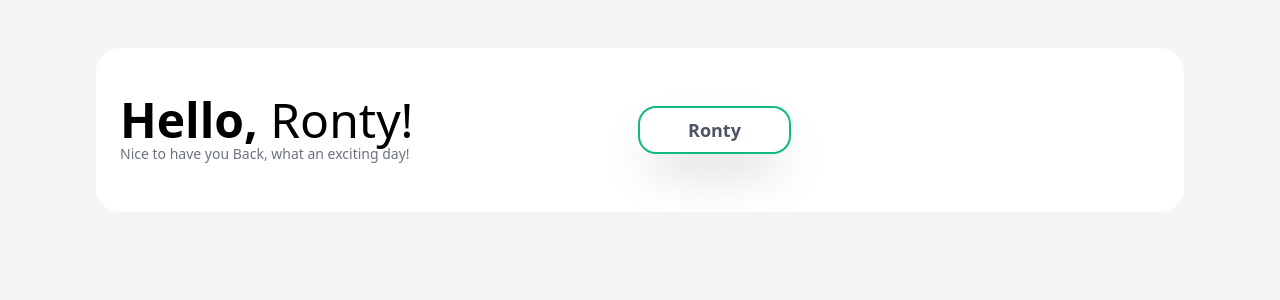
Repository: coolronts/Vite-Tailwind
Page: /
The author's editor kept a copy of each file at every save. The page is drawn from the files as they stood at one save, then again after the next save.
The browser window is 1280 px wide. The pictures show the whole page.
The project was rebuilt for these pictures with package versions that can differ from the ones it lists, and the page was loaded fresh each time. Also part of the build but not shown: vite.config.js, src/components/Card/index.jsx.

Above is the page before, as saved 2021-11-26 07:10:35.

### src/App.jsx
import './App.css'

import { PrimaryButton, SecondaryButton } from './components/Button'

import {PrimaryCard} from './components/Card'
import SplitScreen from './components/SplitScreen'
import { useState } from 'react'

function App() {

  return (
    <div className="App bg-white my-12 mx-24 rounded-3xl px-6 py-12">
      <SplitScreen>
        <div id="left">
          <div>
            <h3 className="text-5xl font-sans font-bold">Hello, <span className="font-light">Ronty!</span> </h3>
            <h5 className="text-sm text-gray-500">Nice to have you Back, what an exciting day!</h5>
          </div>

        </div>

        <div id="right">
          <SecondaryButton name="Ronty"/>
        </div>


      </SplitScreen>
    </div>
  )
}

export default App

### src/components/Button/index.jsx
import React from 'react'

export const PrimaryButton = ({name}) =>{
  return (
    <button className="bg-green-500 px-12 py-2 ring-2 ring-green-500 text-white text-lg font-semibold shadow-2xl rounded-2xl mt-3">
      {name}
    </button>
  )
}

export const SecondaryButton = ({name}) =>{
  return (
    <button className="bg-white px-12 py-2 ring-2 ring-green-500 text-gray-600 text-lg font-semibold shadow-2xl rounded-2xl mt-3">
      {name}
    </button>
  )
}

### src/components/SplitScreen/index.jsx
import PropTypes from 'prop-types'
import React from "react"
import tw from "tailwind-styled-components"

const Container = tw.div`${(props) => props.weight}`;

const Pane = tw.div`${(props) => props.weight}`;

const SplitScreen = ({
	children,
	containerWeight = 'flex w-full',
  leftWeight = 'w-1/2',
	rightWeight = 'w-1/2',
}) => {
	const [left, right] = children;
	return (
		<Container className={containerWeight}>
			<Pane className={leftWeight}>
				{left}
			</Pane>
			<Pane className={rightWeight}>
				{right}
			</Pane>
		</Container>
	);
}

export default SplitScreen

SplitScreen.propTypes = {
	children: PropTypes.arrayOf(PropTypes.node).isRequired,
	containerWeight: PropTypes.string,
	leftWeight: PropTypes.string,
	rightWeight: PropTypes.string,
}

Loaded but not shown: index.html (common file); src/main.jsx (common file); src/index.css (common file); src/App.css (common file); tailwind.config.js (common file)

After the next save:
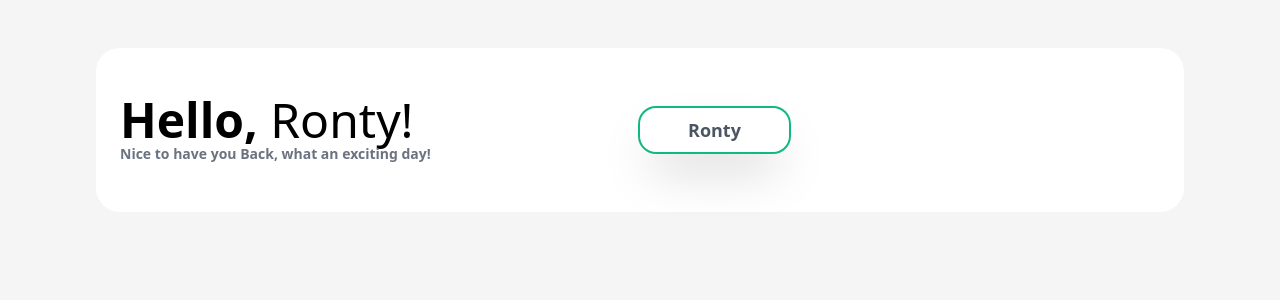
Saved 18 s later.
--- a/src/App.jsx
+++ b/src/App.jsx
@@ -14,7 +14,7 @@ function App() {
         <div id="left">
           <div>
             <h3 className="text-5xl font-sans font-bold">Hello, <span className="font-light">Ronty!</span> </h3>
-            <h5 className="text-sm text-gray-500">Nice to have you Back, what an exciting day!</h5>
+            <h5 className="text-sm font-semibold text-gray-500">Nice to have you Back, what an exciting day!</h5>
           </div>
 
         </div>
